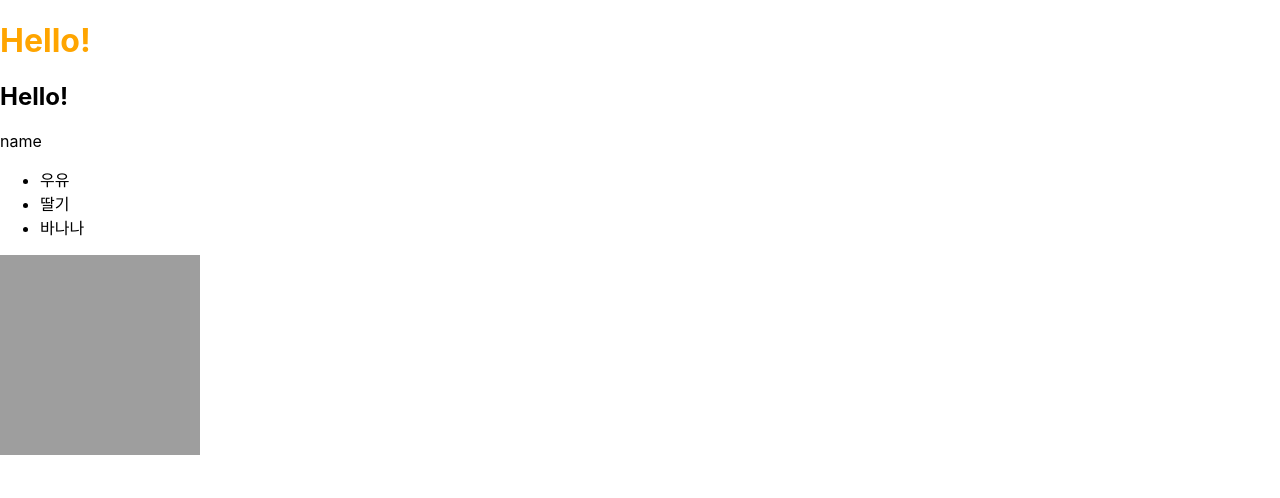
Repository: Yugayoung/css-example
Page: / (app in react/basic/)
The author's editor kept a copy of each file at every save. The page is drawn from the files as they stood at one save, then again after the next save.
The browser window is 1280 px wide. The pictures show the whole page.
Pictures or frames that could not be fetched are drawn as grey boxes. The project was rebuilt for these pictures with package versions that can differ from the ones it lists, and the page was loaded fresh each time.

Above is the page before, as saved 2023-12-15 16:06:24.

After the next save:
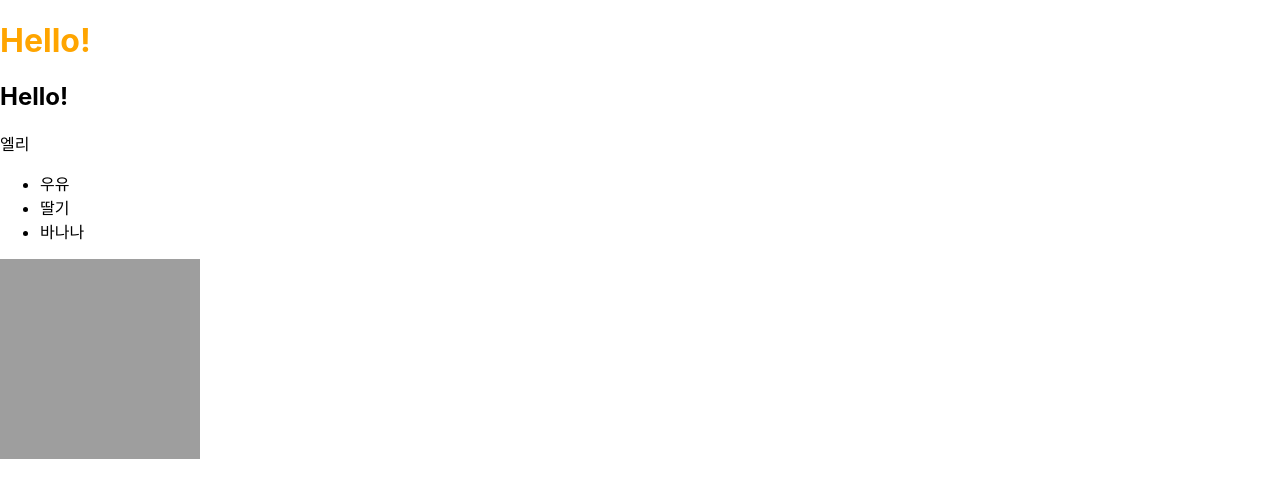
Saved 11 s later.
--- a/react/basic/src/App.js
+++ b/react/basic/src/App.js
@@ -7,7 +7,7 @@ function App() {
     <>
       <h1 className='orange'>Hello!</h1>
       <h2>Hello!</h2>
-      <p>name</p>
+      <p>{name}</p>
       <ul>
         <li>우유</li>
         <li>딸기</li>
